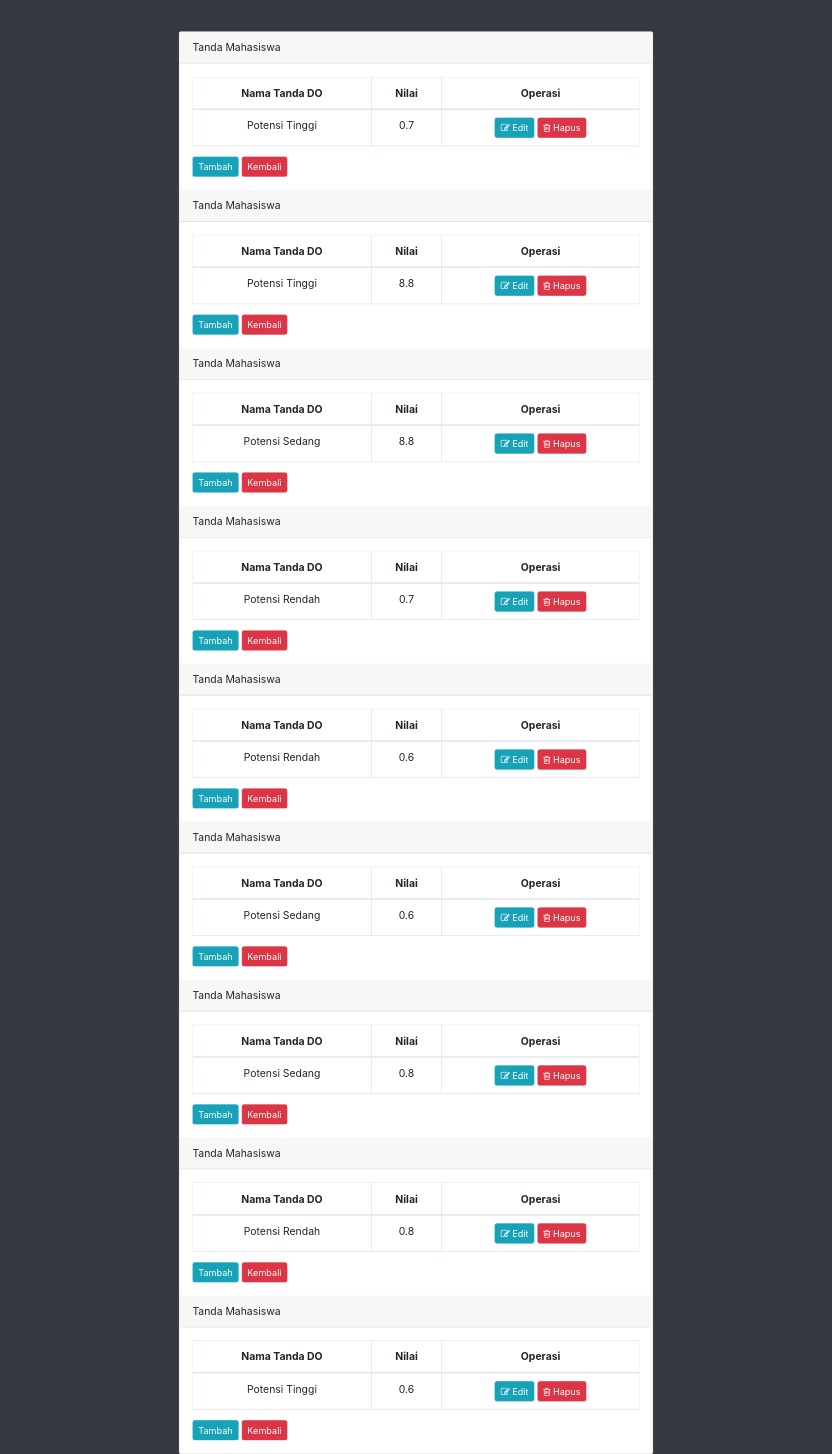
Repository: AdiPrimanto/sistempakar_dempster_shafer
Page: http://localhost/bobot
These files come from the project's save history. The page is drawn as it stood at one moment and after the next save; the edit follows.
The browser window is 1280 px wide. The pictures show the whole page, at 65% of full size.
The page is served by the project's Laravel application, run on PHP 8.4 with Laravel 8. The database holds what the project's SQL file puts in it.

Above is the page before, as saved 2019-09-02 05:35:55.

After the next save:
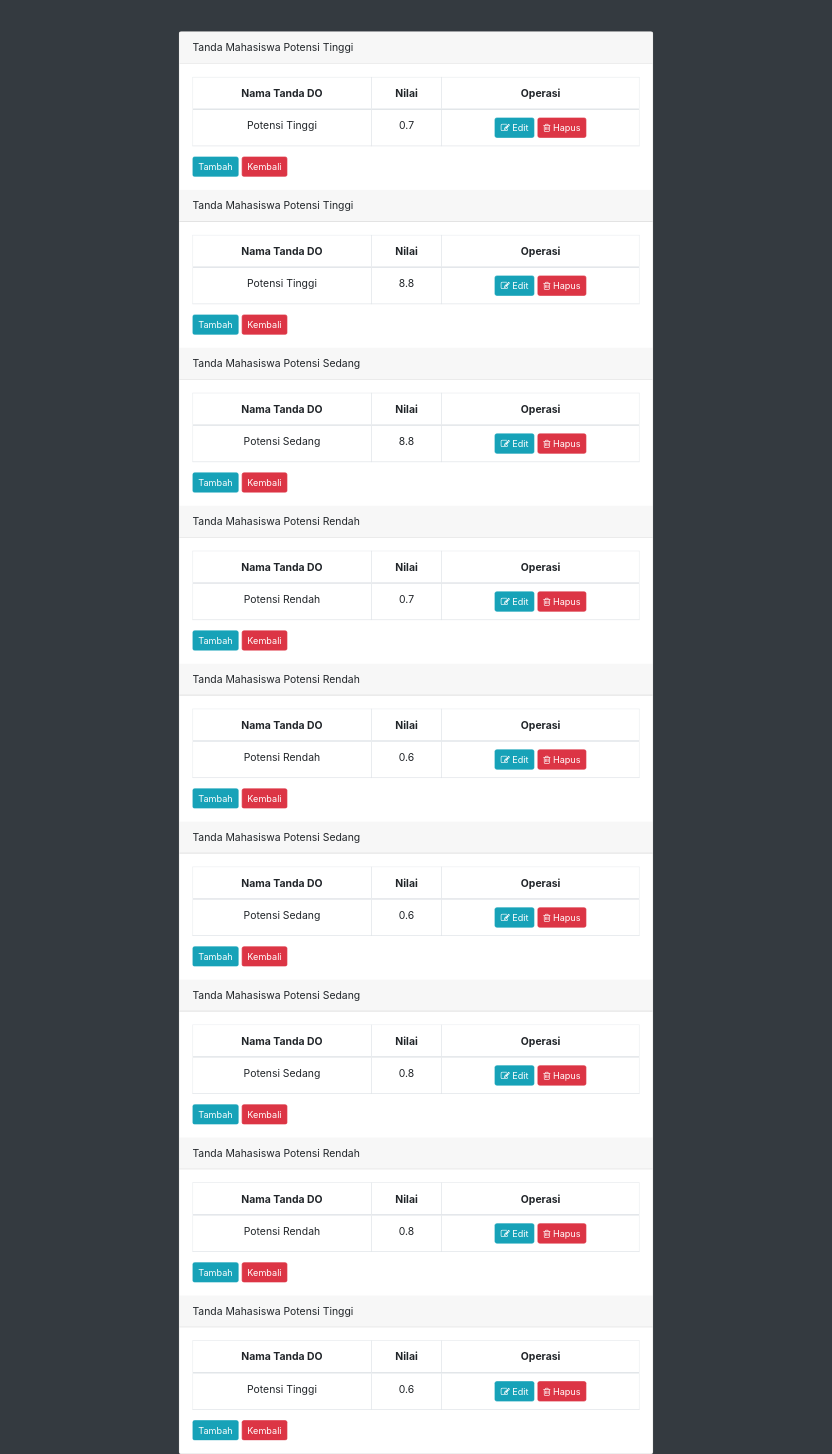
Saved 12 s later.
--- a/resources/views/admin/bobot.blade.php
+++ b/resources/views/admin/bobot.blade.php
@@ -23,7 +23,7 @@
             <div class="col-md-8">
                 <div class="card mx-auto mt-5">
                         @foreach ($bobot as $bbt)
-                    <div class="card-header">Tanda Mahasiswa</div>
+                    <div class="card-header">Tanda Mahasiswa {{$bbt->nama_kategori}}</div>
 
                     <div class="card-body">
                         @csrf
